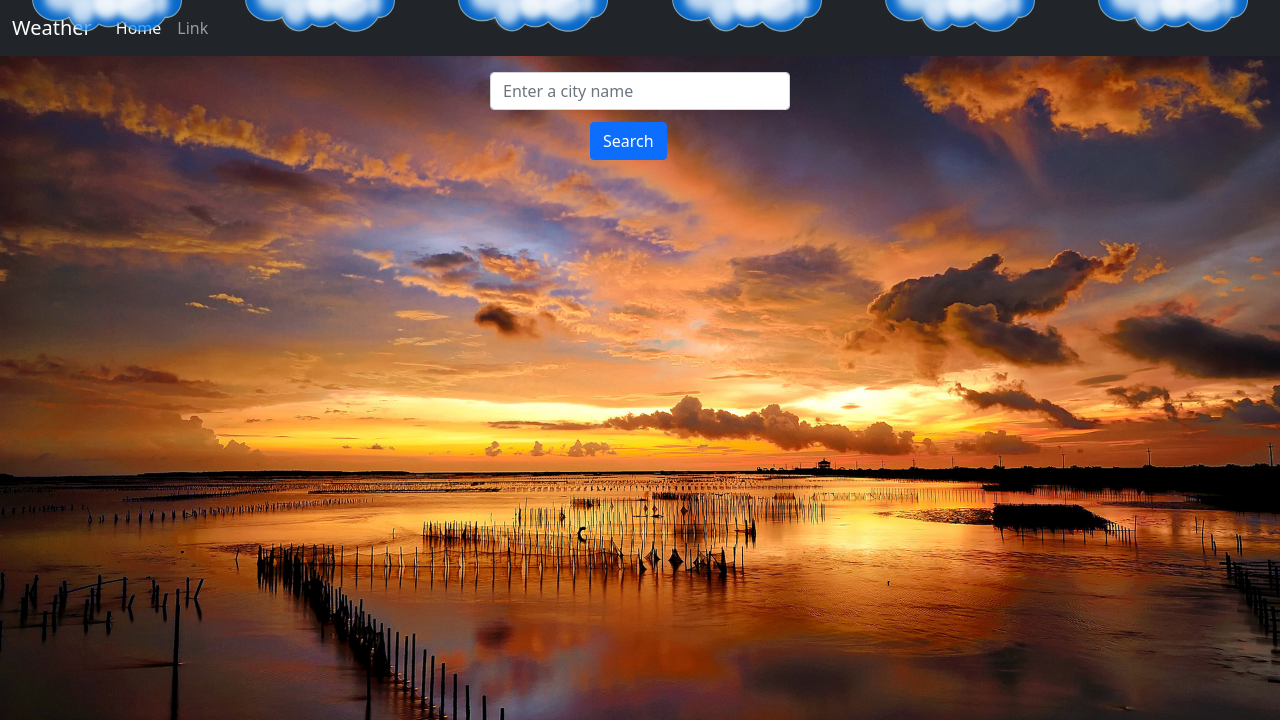
Repository: rohitbharti258/Project_Weather_finder
Page: index.html
An editor plug-in stored every save of this project. The page is shown before and after the next save, followed by the edit.
The browser window is 1280 px wide. The pictures show the whole page.

Above is the page before, as saved 2022-02-28 12:58:57.

### index.html
<!DOCTYPE html>
<html lang="en">

<head>
    <meta charset="UTF-8">
    <meta http-equiv="X-UA-Compatible" content="IE=edge">
    <meta name="viewport" content="width=device-width, initial-scale=1.0">
    <title>Weather App</title>
    <link rel="stylesheet" href="style.css">
    <link href="https://cdn.jsdelivr.net/npm/bootstrap@5.1.3/dist/css/bootstrap.min.css" rel="stylesheet"
        integrity="sha384-1BmE4kWBq78iYhFldvKuhfTAU6auU8tT94WrHftjDbrCEXSU1oBoqyl2QvZ6jIW3" crossorigin="anonymous">
</head>

<body>
    <nav class="navbar navbar-expand-lg navbar-dark bg-dark">
        <div class="container-fluid">
            <a class="navbar-brand" href="#">Weather</a>
            <button class="navbar-toggler" type="button" data-bs-toggle="collapse"
                data-bs-target="#navbarSupportedContent" aria-controls="navbarSupportedContent" aria-expanded="false"
                aria-label="Toggle navigation">
                <span class="navbar-toggler-icon"></span>
            </button>
            <div class="collapse navbar-collapse" id="navbarSupportedContent">
                <ul class="navbar-nav me-auto mb-2 mb-lg-0">
                    <li class="nav-item">
                        <a class="nav-link active" aria-current="page" href="#">Home</a>
                    </li>
                    <li class="nav-item">
                        <a class="nav-link" href="#">Link</a>
                    </li>
                </ul>
            </div>
        </div>
    </nav>
    <div class="cloud">
        <img src="./cloud.png" alt="" srcset="">
        <img src="./cloud.png" alt="" srcset="">
        <img src="./cloud.png" alt="" srcset="">
        <img src="./cloud.png" alt="" srcset="">
        <img src="./cloud.png" alt="" srcset="">
        <img src="./cloud.png" alt="" srcset="">
    </div>
    <div class="container my-3">
        <div class="form">
        <!-- <form class="row g-3 ">  -->
            <div class="col-auto" style="width: 300px;">
                <input type="text" class="form-control" id="inputPassword2" placeholder="Enter a city name">
            </div>
            <div class="col-auto">
                <button type="submit" class="btn btn-primary mb-3">Search</button>
            </div>
        <!-- </form> -->
        </div>
    <!-- </div> -->
    <div class="weatherBox">

    </div>
    </div>
    <script src="index.js"></script>
    <!-- <script src="https://cdn.jsdelivr.net/npm/@popperjs/core@2.10.2/dist/umd/popper.min.js"
        integrity="sha384-7+zCNj/IqJ95wo16oMtfsKbZ9ccEh31eOz1HGyDuCQ6wgnyJNSYdrPa03rtR1zdB"
        crossorigin="anonymous"></script>
    <script src="https://cdn.jsdelivr.net/npm/bootstrap@5.1.3/dist/js/bootstrap.min.js"
        integrity="sha384-QJHtvGhmr9XOIpI6YVutG+2QOK9T+ZnN4kzFN1RtK3zEFEIsxhlmWl5/YESvpZ13"
        crossorigin="anonymous"></script>
    <script type="module" src="https://unpkg.com/ionicons@5.5.2/dist/ionicons/ionicons.esm.js"></script>
    <script nomodule src="https://unpkg.com/ionicons@5.5.2/dist/ionicons/ionicons.js"></script> -->
</body>

<!-- // <img src="https://img.icons8.com/color/48/000000/wet.png"/>
// <img src="https://img.icons8.com/color/48/000000/partly-cloudy-day--v1.png"/>
// <img src="https://img.icons8.com/color/48/000000/rain--v2.png"/>  -->


</html>

### style.css
body {
    /* background:linear-gradient(180deg,#5959b3 0%,skyBlue 100%); */
    background: url("./img/bgimg.jpg");
    /* background: url("https://cdn.wallpapersafari.com/43/51/iQEfDy.jpg"); */
    background-repeat: no-repeat;
    background-size: cover;
    width: 100vw;
    height: 100vh;
}

.form {
    width: 300px;
    margin: 0 auto;
}
.cloud{
    display: flex;
    justify-content: space-around;
    align-items: center;
    position: absolute;
    bottom:10px;
    min-width:100%;
    animation: cloud 7s linear infinite;
}
@keyframes cloud {
    0%{
        bottom: -100px;
    }
    100%{
        bottom:1000px;
    }
}
.cloud img{
    width:150px;
    height:100px;
}
.weatherBox {
    margin-left: 120px;
    width: 235px;
    height: 300px;
    margin: 0 auto;
    z-index: 1000;
}

.Box {
    display: flex;
    flex-direction: column;
    width: 100%;
    box-shadow: 0px 20px 20px rgba(255, 255, 255, 0.3);
    height: 100%;
    /* border:2px solid; */
    /* border-color: linear-gradient(red,blue); */
    border-radius: 10px;
}

.temp {
    margin-bottom: 15px;
    display: flex;
    justify-content: space-around;
    flex-direction: column;
    float: right;
    font-size: 13px;
    position: absolute;
    right: 40px;
    font-family: -apple-system, BlinkMacSystemFont, 'Segoe UI', Roboto, Oxygen, Ubuntu, Cantarell, 'Open Sans', 'Helvetica Neue', sans-serif;
}

.tempNow {
    text-align: center;
}

.minmax {
    display: flex;
    justify-content: center;
    /* display: none; */
}

.minmax :first-child {
    margin-right: 5px;
}

.cardBox {
    /* border: 2px solid red; */
    width: 100%;
    height: 100%;
    position: relative;
    display: flex;
    justify-content: center;
    align-items: center;
    z-index: 10;
    background: linear-gradient( 135deg, #2196f3, #00bcd4);
    /* border-radius: 20px; */
    /* border-bottom: 2px solid red; */
}

.content {
    width: 100%;
    height: 170px;
    /* border: 1px solid green; */
    /* border: 1px solid #009688; */
    /* border-radius: 20px; */
    border-top: none;
    padding: 30px;
    position: relative;
    backdrop-filter: blur(10px);
    background: linear-gradient( 45deg, black, transparent);
}


/* .content::before{
    content: "";
    position: absolute;
    top: -15px;
    width: 16px;
    left: -1px;
    z-index: 1;
    background: linear-gradient(45deg,black,transparent);
        backdrop-filter:blur(10px);
    height: 16px; */


/* } */


/* .content::after{
    content: "";
    position: absolute;
    top: -12px;
    width: 1px;
    right: -1px; background:#009688;
    height: 10px;
} */

.location {
    display: flex;
    justify-content: space-between;
}

.weather {
    display: flex;
    justify-content: space-between;
}

img {
    width: 22px;
    height: 22px;
}

span p {
    text-align: center;
}

.cardinfo {
    width: 350px;
    display: flex;
}

.date {
    position: absolute;
    top: 0;
    right: 10px;
}

.name {
    position: absolute;
    top: 0;
    left: 10px;
}

.cloudinfo img {
    width: 68px;
    height: 68px;
}

.cloudinfo p {
    font-size: 13px;
    color: rgb(15, 7, 7);
    text-align: center;
}

.content span {
    text-align: center;
}

span p {
    font-size: 10px;
    color: white;
    text-align: center;
    display: flex;
    flex-direction: column;
    align-items: center;
    margin: 0;
}

.form :nth-child(2) {
    margin: 12px auto;
    width: 100px;
}

### index.js
console.log("Weather app")
const btn = document.querySelector(".btn");
const input = document.querySelector(".form-control");
const api = "51d41d6f1c399b2abc7a3fcbfbb057c7";
const weatherBox = document.querySelector(".weatherBox")
let city = "";
const arr = ["Jan", "Feb", "Mar", "Apr", "May", "Jun", "Jul", "Aug", "Sep", "Oct", "Nov", "Dec"];
btn.addEventListener("click", (e) => {
    console.log(e);
    e.preventDefault();
    let str2 = ""
    city = input.value;
    console.log(city)
    input.value = ""
    const xhr = new XMLHttpRequest();
    xhr.open("GET", `https://api.openweathermap.org/data/2.5/weather?q=${city}&appid=${api}`, true);

    xhr.onload = function() {
        let obj = JSON.parse(this.responseText);
        console.log(obj.cod)
        if (obj.cod === 429) {
            str2 += obj.message;
            weatherBox.innerHTML = str2;
        } else
        if (this.status == 200) {

            let ob = [];
            // console.log(ob.push(...obj))/
            let cardbox = document.querySelector(".cardBox");
            let content = document.querySelector(".content")
            str = "";
            str2 = "";
            let sunrise = displayEndtime(obj.sys.sunrise);
            let sunset = displayEndtime(obj.sys.sunset);
            let date = displayDay();
            let c = `&#8451`;
            if (obj.cod == "404") {

            } else {
                str += `
            <div class="Box">
                <div class="cardBox">
                    <div class="cloudinfo">
                      <img src=${"./img/"}${obj.weather[0].main}${".png"}>
                      <p>${obj.weather[0].main}${" | "}${"Feels like "}${(obj.main.feels_like-273).toFixed(0)}${c}</p>
                    </div>
                    <div class="name">
                       <span>${obj.name}${" ,"}${obj.sys.country}</span>
                    </div>
                    <div class="date">
                       <p>${date}</p>
                    </div>
                    <div class="temp">
                        <span class="tempNow">${(obj.main.temp -273.15).toFixed(0)}${c}</span>
                        <div class="minmax">
                           <span class="mintemp">${(obj.main.temp_min-273.15).toFixed(0)}${c}</span>
                           <span class="maxtemp">${(obj.main.temp_max-273.15).toFixed(0)}${c}</span>
                        </div>
                    </div>
                </div>
                <div class="content">
                    <div class="weather">
                        <span class="humidity"><img src="./img/blur.png"/>
                           <p>${obj.main.humidity}${"%"}</p>
                           <p>Humidity</p>
                        </span>
                        <span class="wind"><img src="./img/wind.png"/>
                           <p>${obj.wind.speed}${"m/s"}</p>
                           <p>Wind</p>
                        </span>
                        <span class="sunrise"> <img src="./img/sunrise.png"/>
                           <p>${sunrise}</p>
                           <p>Sunrise</p>
                        </span>
                    </div>
                    <div class="location">
                        <span class="lat">  <img src="./img/latitude.png"/>
                          <p>${obj.coord.lat.toFixed(2)}</p>
                          <p>Latitude</p>
                        </span>
                        <span class="lon"> <img src="./img/longitude.png"/>
                          <p>${obj.coord.lon.toFixed(2)}</p><p>Longitude</p></span>
                        <span class="sunrise"><img src="./img/sunset.png"/>
                          <p>${sunset}</p>
                          <p>Sunset</p>
                        </span>
                    </div>
                </div>
            </div>`;
                weatherBox.innerHTML = str;
                // console.log(str);
            }
        } else {
            console.log("error");
            str2 += "City not found";
            weatherBox.innerHTML = str2;
        }
    }
    xhr.send();
});

function displayEndtime(tstamp) {
    const end = new Date(tstamp);

    const hour = end.getHours();
    const min = end.getMinutes();
    const dis = `${hour > 12 ? hour - 12 : hour}:${min < 10 ? "0" : ""}${min}`;
    return dis;
}

function displayDay() {
    const end = new Date();

    const date = end.getDate();
    const mon = end.getMonth();
    const dis = `${arr[mon]}${","}${date}`;
    return dis;
}

After the next save:
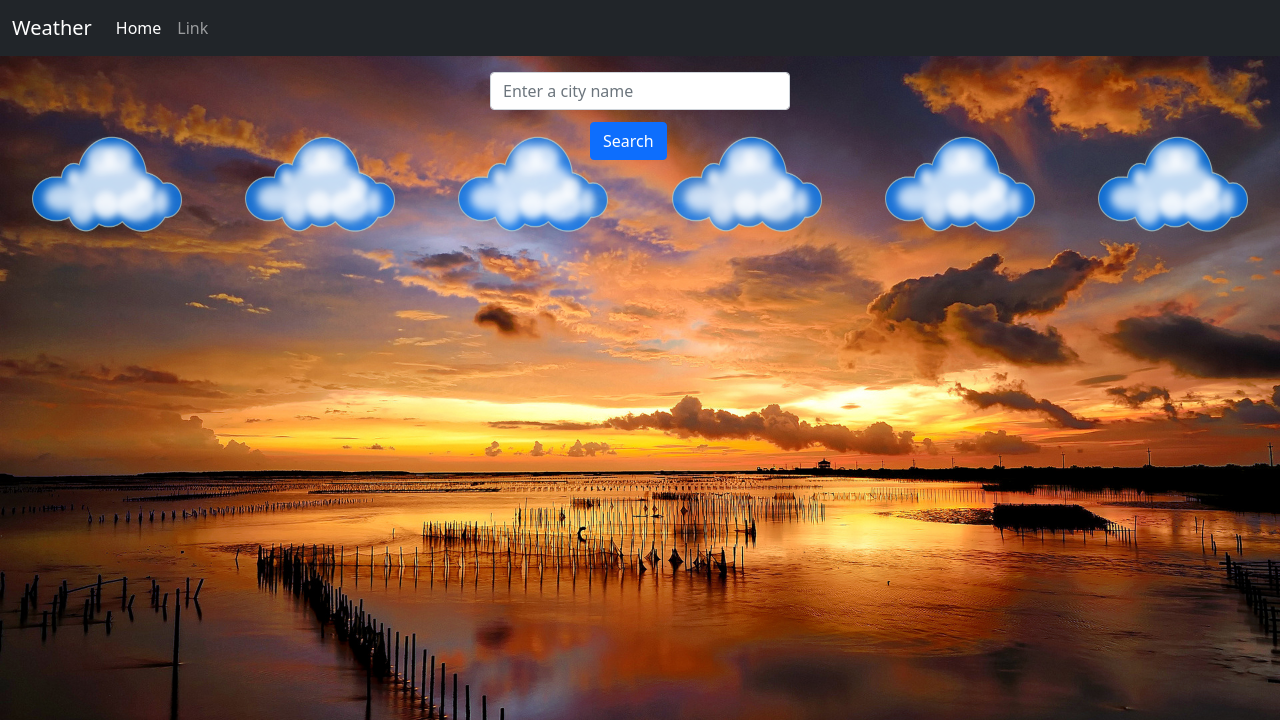
Saved 30 s later.
--- a/style.css
+++ b/style.css
@@ -26,7 +26,7 @@ body {
         bottom: -100px;
     }
     100%{
-        bottom:1000px;
+        bottom:100%;
     }
 }
 .cloud img{
